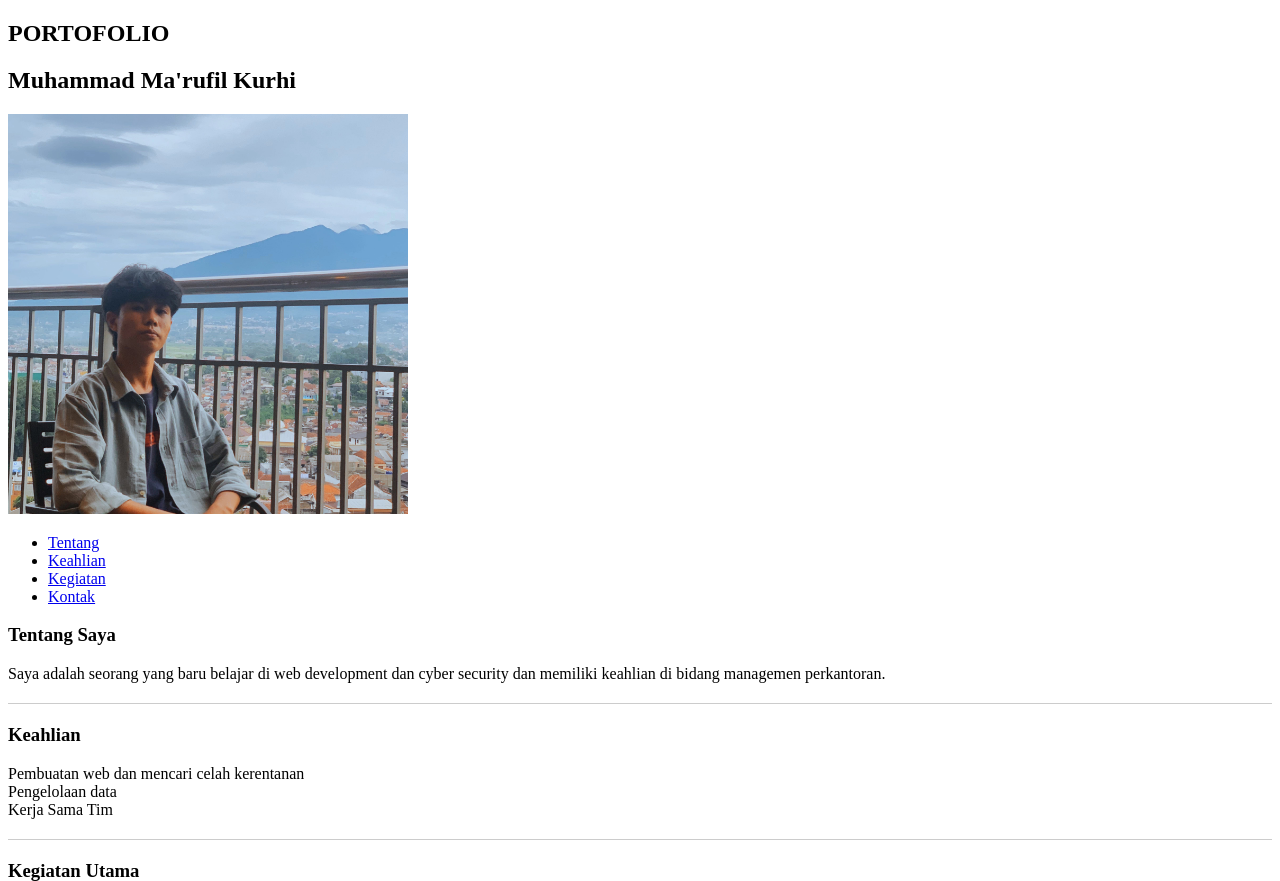
Repository: rufi1126/241552010002-Web-Application-Development
Page: uts/index.html
These files come from the project's save history. The page is drawn as it stood at one moment and after the next save; the edit follows.
The browser window is 1280 px wide. The pictures show the part of the page from y = 0 to 881 px (the page is 1772 px tall before and 1685 px after).
A picture or video elsewhere on the page could not be fetched, so the positions and the page height are approximate.

Above is the page before, as saved 2026-05-08 01:09:48.

### uts/index.html
<!DOCTYPE html>
<html lang="id">
<head>
    <meta charset="UTF-8">
    <meta name="viewport" content="width=device-width, initial-scale=1.0">
    <title>Portofolio Muhammad Ma'rufil Kurhi</title>
     <link rel="stylesheet" href="style.css">
</head>
<body>

    <header>
        <section id="about" class="about">
        <h1>PORTOFOLIO</h1>
        <h2>Muhammad Ma'rufil Kurhi</h2>
       <img src="images/WhatsApp Image 2025-08-05 at 10.30.33_d5cca80c.jpg" width="400px" height="400px">
        <nav>
            <ul>
                <li><a href="#tentang">Tentang</a></li>
                <li><a href="#keahlian">Keahlian</a></li>
                <li><a href="#proyek">Kegiatan</a></li>
                <li><a href="#kontak">Kontak</a></li>
            </ul>
        </nav>
    </header>

    <main>
        <section id="tentang">
            <h3>Tentang Saya</h3>
            <p>Saya adalah seorang yang baru belajar di web development dan cyber security dan memiliki keahlian di bidang managemen perkantoran.</p>
        </section>

        <hr>

        <section id="keahlian">
            <h3>Keahlian</h3>
            <ul style="list-style: none; padding: 0;">
                <li>Pembuatan web dan mencari celah kerentanan </li>
                <li>Pengelolaan data</li>
                <li>Kerja Sama Tim</li>
            </ul>
        </section>

        <hr>

        <section id="proyek">
            <h3>Kegiatan Utama</h3>
            <div class="gallery">
                <article>
                   <img src="images/pengukuhan.jpg" alt="Mencari celah keamanan">
                    <h4>Mencari celah keamanan di website</h4>
                </article>

                <article>
                    <img src="images/panitia agustus.jpg" alt="Membuat website">
                    <h4>Membuat website yang profesional</h4>
                </article>
            </div>
        </section>
    </main>

    <footer id="kontak">
        <h3>Hubungi Saya</h3>
        <p>Email: <a href="rufijr67.com">rufijr67.com</a></p>
        <p>Telepon: <a href="tel:+62 0813-9863-2129">+62 0813-9863-2129</a></p>
        <p>&copy; 2026 Muhammad Ma'rufil Kurhi</p>
    </footer>

</body>
</html>

### uts/style.css
 .container {
            width: 80%;
            margin: auto;
            background-color: #dd2424;
            padding: 20px;
            border-radius: 10px;
            box-shadow: 0px 4px 8px rgba(0,0,0,0.1);
        }

        /* Menggunakan ID untuk elemen spesifik */
        #main-header {
            text-align: center;
            color: #5d4037;
            text-transform: uppercase;
        }

        .section-title {
            color: #795548;
            margin-top: 20px;
        }

        .description {
            font-size: 1.1em;
            color: #333;
            line-height: 1.8;
        }

        hr {
            border: 0;
            height: 1px;
            background: #ccc;
            margin: 20px 0;
        }

After the next save:
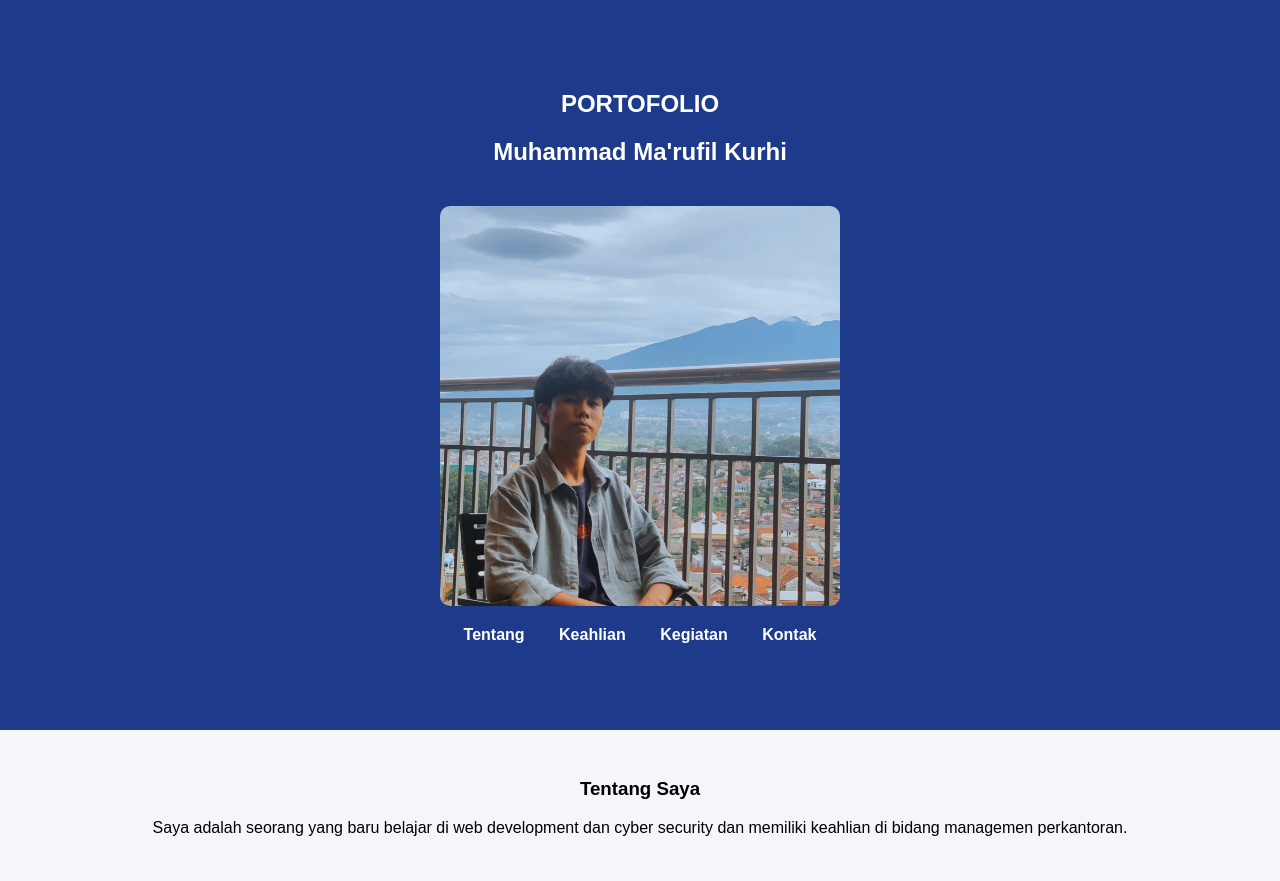
Saved 49 s later.
--- a/uts/style.css
+++ b/uts/style.css
@@ -1,33 +1,81 @@
- .container {
-            width: 80%;
-            margin: auto;
-            background-color: #dd2424;
-            padding: 20px;
-            border-radius: 10px;
-            box-shadow: 0px 4px 8px rgba(0,0,0,0.1);
+        body {
+            font-family: Arial, sans-serif;
+            margin: 0;
+            padding: 0;
+            background-color: #f4f6f9;
+            text-align: center;
         }
 
-        /* Menggunakan ID untuk elemen spesifik */
-        #main-header {
-            text-align: center;
-            color: #5d4037;
-            text-transform: uppercase;
+        header {
+            background-color: #1e3a8a;
+            color: white;
+            padding: 20px;
         }
 
-        .section-title {
-            color: #795548;
-            margin-top: 20px;
+        nav ul {
+            list-style: none;
+            padding: 0;
         }
 
-        .description {
-            font-size: 1.1em;
-            color: #333;
-            line-height: 1.8;
+        nav ul li {
+            display: inline;
+            margin: 0 15px;
         }
 
-        hr {
-            border: 0;
-            height: 1px;
-            background: #ccc;
-            margin: 20px 0;
+        nav ul li a {
+            color: white;
+            text-decoration: none;
+            font-weight: bold;
         }
+
+        .about {
+             padding: 50px;
+             text-align: center;
+        }
+
+        .about img {
+            margin-top: 20px;
+            border-radius: 10px;
+        }
+
+        section {
+            padding: 30px;
+        }
+
+        .gallery {
+            display: flex;
+            justify-content: center;
+            gap: 30px;
+            flex-wrap: wrap;
+        }
+
+        .gallery article {
+            background: white;
+            padding: 15px;
+            border-radius: 12px;
+            box-shadow: 0 4px 10px rgba(0,0,0,0.1);
+            width: 220px;
+            transition: transform 0.3s ease;
+        }
+
+        .gallery article:hover {
+            transform: scale(1.05);
+        }
+
+        .gallery img {
+            width: 150px;
+            height: auto;
+            border-radius: 10px;
+        }
+
+        footer {
+            background-color: #1e3a8a;
+            color: white;
+            padding: 20px;
+            margin-top: 30px;
+        }
+
+        footer a {
+            color: #ffd700;
+            text-decoration: none;
+        }
